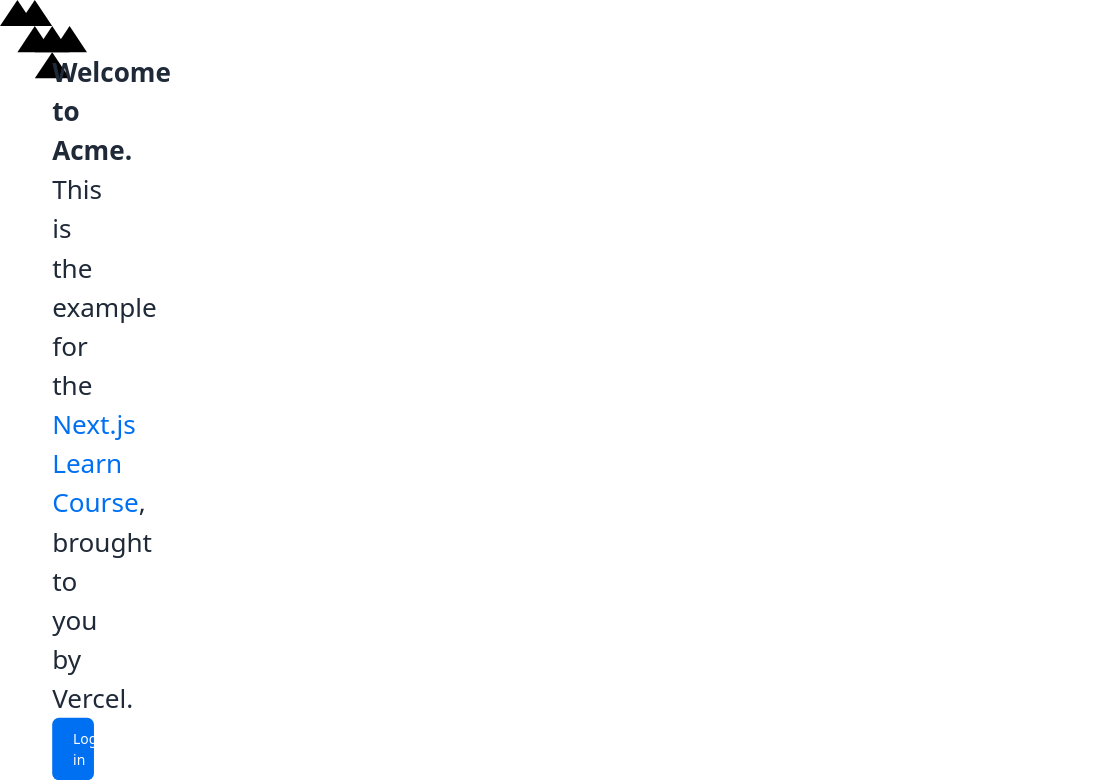
Repository: dev1siWoo/nextjs-dashboard
Page: /
The author's editor kept a copy of each file at every save. The page is drawn from the files as they stood at one save, then again after the next save.
The browser window is 1280 px wide. The pictures show the whole page, at 87% of full size.
The project was rebuilt for these pictures with package versions that can differ from the ones it lists, and the page was loaded fresh each time. The framework's server and built-in components were replaced by stand-ins that run in the browser. Also part of the build but not shown: next.config.js.

Above is the page before, as saved 2023-10-27 17:53:32.

### app/layout.tsx
import './ui/global.css'

export default function RootLayout({
  children,
}: {
  children: React.ReactNode;
}) {
  return (
    <html lang="en">
      <body>{children}</body>
    </html>
  );
}

### app/page.tsx
import AcmeLogo from "@/app/ui/acme-logo"
import styles from "./ui/home.module.css"
import Link from "next/link"
export default function Page() {
	return (
		<main className={styles.shape}>
			<div className={styles.shape}>{/* <AcmeLogo /> */}</div>
			<div className={styles.shape}>
				<div className={styles.shape}>
					<div className={styles.shape} />
					<p
						className={`text-xl text-gray-800 md:text-3xl md:leading-normal`}
					>
						<strong>Welcome to Acme.</strong> This is the example
						for the{" "}
						<a
							href='https://nextjs.org/learn/'
							className='text-blue-500'
						>
							Next.js Learn Course
						</a>
						, brought to you by Vercel.
					</p>
					<Link
						href='/login'
						className='flex items-center gap-5 self-start rounded-lg bg-blue-500 px-6 py-3 text-sm font-medium text-white transition-colors hover:bg-blue-400 md:text-base'
					>
						<span>Log in</span>
					</Link>
				</div>
				<div className={styles.shape}>{/* Add Hero Images Here */}</div>
			</div>
		</main>
	)
}

Loaded but not shown: app/ui/global.css (common file); app/ui/home.module.css (common file); tailwind.config.ts (common file)

After the next save:
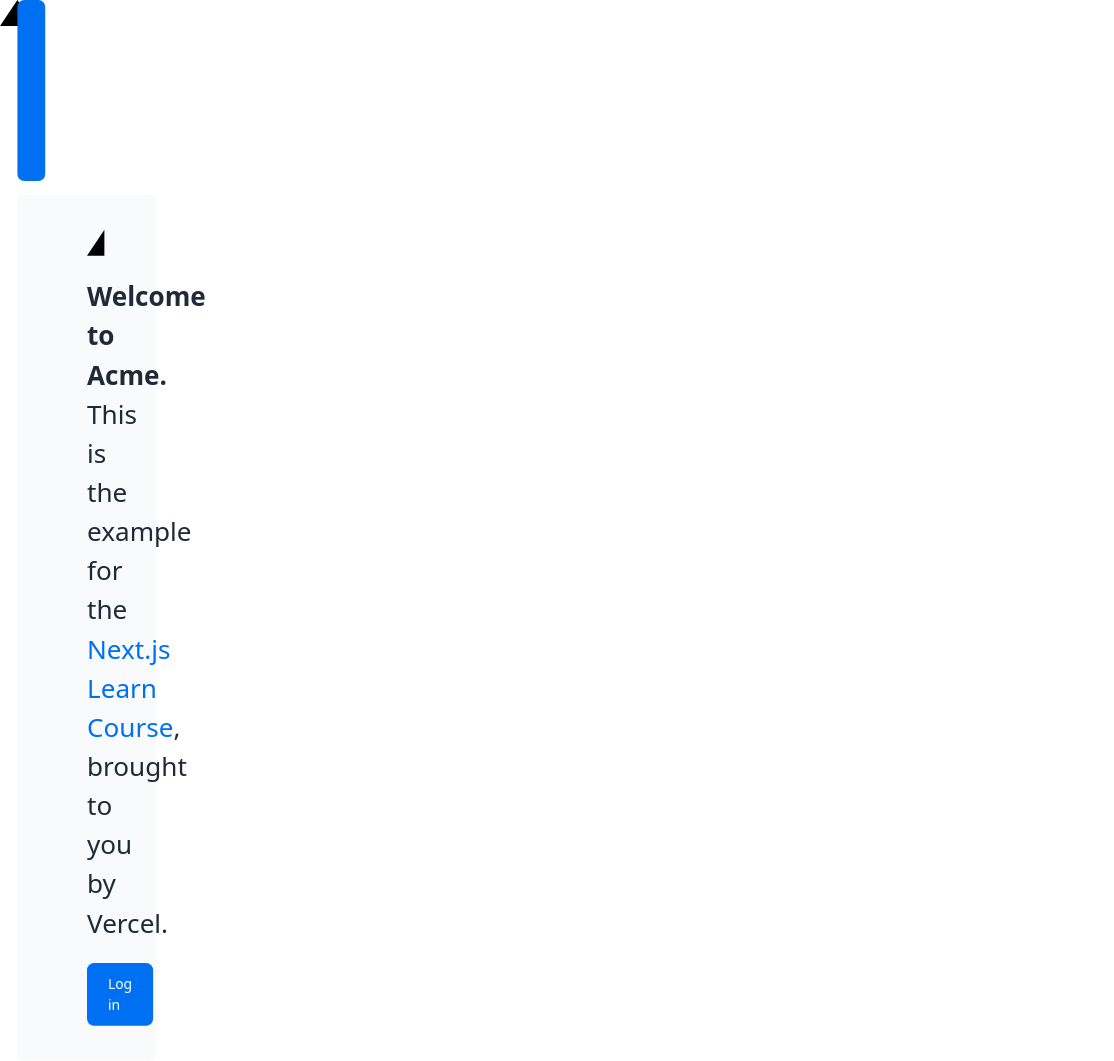
Saved 32 s later.
--- a/app/page.tsx
+++ b/app/page.tsx
@@ -1,13 +1,15 @@
 import AcmeLogo from "@/app/ui/acme-logo"
-import styles from "./ui/home.module.css"
+import styles from './ui/home.module.css'
 import Link from "next/link"
 export default function Page() {
 	return (
 		<main className={styles.shape}>
-			<div className={styles.shape}>{/* <AcmeLogo /> */}</div>
-			<div className={styles.shape}>
-				<div className={styles.shape}>
-					<div className={styles.shape} />
+			<div className='flex h-20 shrink-0 items-end rounded-lg bg-blue-500 p-4 md:h-52'>
+				{/* <AcmeLogo /> */}
+			</div>
+			<div className='mt-4 flex grow flex-col gap-4 md:flex-row'>
+				<div className='flex flex-col justify-center gap-6 rounded-lg bg-gray-50 px-6 py-10 md:w-2/5 md:px-20'>
+					<div className='h-0 w-0 border-b-[30px] border-l-[20px] border-r-[20px border-b-black border-l-transparent border-r-transparent' />
 					<p
 						className={`text-xl text-gray-800 md:text-3xl md:leading-normal`}
 					>
@@ -28,7 +30,9 @@
 						<span>Log in</span>
 					</Link>
 				</div>
-				<div className={styles.shape}>{/* Add Hero Images Here */}</div>
+				<div className='flex items-center justify-center p-6 md:w-3/5 md:px-28 md:py-12'>
+					{/* Add Hero Images Here */}
+				</div>
 			</div>
 		</main>
 	)
